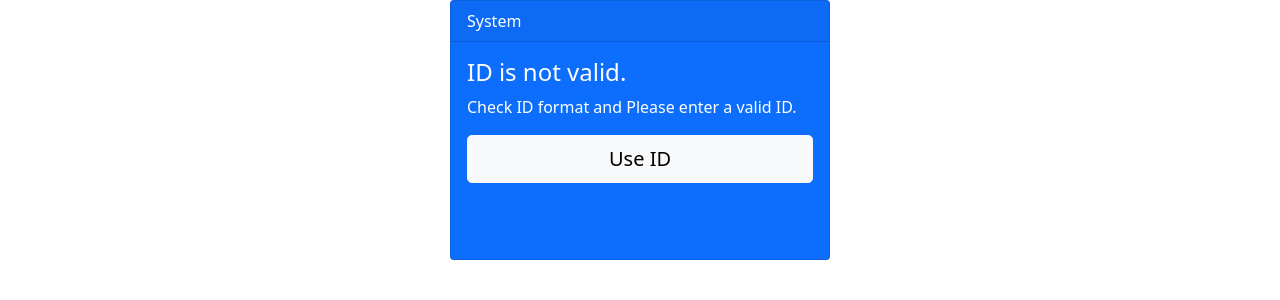
Repository: kjy4926/Javastudy
Page: http://localhost/web_service/docs/idcheck.jsp
The author's editor kept a copy of each file at every save. The page is drawn from the files as they stood at one save, then again after the next save.
The browser window is 1280 px wide. The pictures show the whole page.
The page is served by Tomcat 9. The template is opened directly, without the code that normally fills it, so the values that code supplies are empty.

Above is the page before, as saved 2022-06-02 05:28:52.

After the next save:
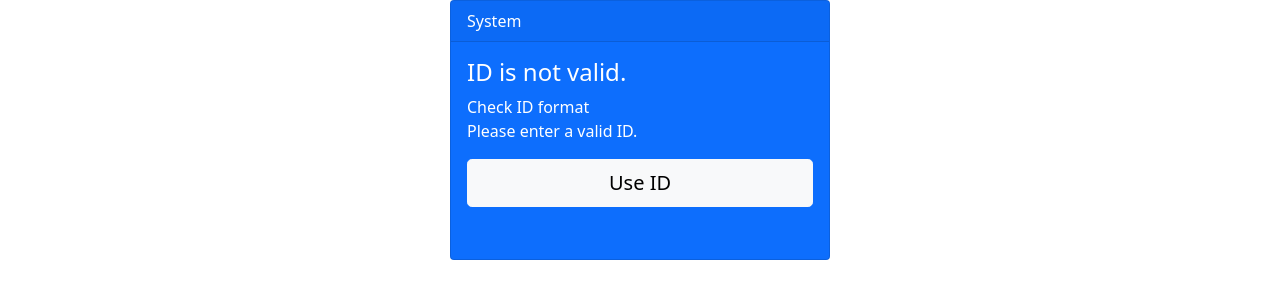
Saved 21 s later.
--- a/jspworkspace/web_service/WebContent/docs/idcheck.jsp
+++ b/jspworkspace/web_service/WebContent/docs/idcheck.jsp
@@ -30,7 +30,8 @@
 				  <div class="card-header">System</div>
 				  <div class="card-body">
 				    <h4 class="card-title">ID is not valid.</h4>
-				    <p class="card-text">Check ID format and Please enter a valid ID.</p>
+				    <p class="card-text">Check ID format<br>
+				    Please enter a valid ID.</p>
 				    <div class="d-grid gap-2">
 					  <button class="btn btn-lg btn-light" type="button">Use ID</button>
 					</div>
